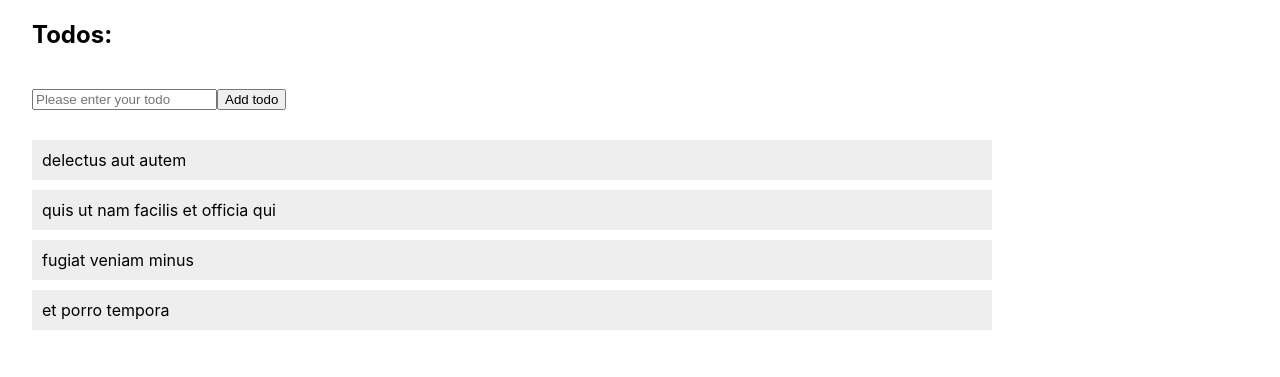
Repository: vhoreho/react
Page: / (app in myapp/)
The author's editor kept a copy of each file at every save. The page is drawn from the files as they stood at one save, then again after the next save.
The browser window is 1280 px wide. The pictures show the whole page.
The project was rebuilt for these pictures with package versions that can differ from the ones it lists, and the page was loaded fresh each time.

Above is the page before, as saved 2022-08-08 21:53:53.

### myapp/src/App.js
import './App.css';
import Todos from './components/Todos';

function App() {
  return (
    <div className="App">
      <Todos />
    </div>
  );
}

export default App;

### myapp/src/App.css
.App {
  max-width: 960px;
  margin-inline: 2rem;
}

### myapp/src/components/Todos.js
import React, { useState } from 'react'
import TodoItem from './TodoItem';
import Input from './Input';

const initialState = [
    {
        "userId": 1,
        "id": 1,
        "title": "delectus aut autem",
        "completed": false
    },
    {
        "userId": 1,
        "id": 2,
        "title": "quis ut nam facilis et officia qui",
        "completed": false
    },
    {
        "userId": 1,
        "id": 3,
        "title": "fugiat veniam minus",
        "completed": false
    },
    {
        "userId": 1,
        "id": 4,
        "title": "et porro tempora",
        "completed": true
    },
]

export default function Todos() {
    const [todos, setTodos] = useState(initialState);

    function addTodo(todo) {
        let copy = [...todos];
        copy.push({
            userId: 1,
            id: Math.floor(Math.random() * 200),
            title: todo,
            completed: false
        });
        setTodos(copy)
    }

    return (
        <div>
            <h2>Todos:</h2>
            <Input addTodo={addTodo} />
            <ul style={{
                listStyle: 'none',
                padding: 0,
                margin: 0
            }}>
                {todos.map(todo => <TodoItem key={todo.id} {...todo} />)}
            </ul>
        </div>
    )
}

### myapp/src/components/TodoItem.js
import React from 'react'

export default function TodoItem(props) {
    const { id, copmpleted, title } = props;
    return (
        <li style={{
            background: '#eee',
            display: 'block',
            margin: '10px 0',
            padding: '10px'
        }}>
            {title}
        </li>
    )
}

### myapp/src/components/Input.js
import React, { useState } from 'react'

export default function Input({ addTodo }) {
  const [value, setValue] = useState('');
  function handleChange(event) {
    setValue(event.target.value)
  }

  function handleAddTodo() {
    addTodo(value)
  }

  return (
    <div>
      <input
        placeholder='Please enter your todo'
        style={{
          margin: '20px 0'
        }}
        value={value}
        onChange={handleChange}
      />
      <button onClick={handleAddTodo}>Add todo</button>
    </div>

  )
}

Loaded but not shown: myapp/public/index.html (common file); myapp/src/index.js (common file); myapp/src/index.css (common file)

After the next save:
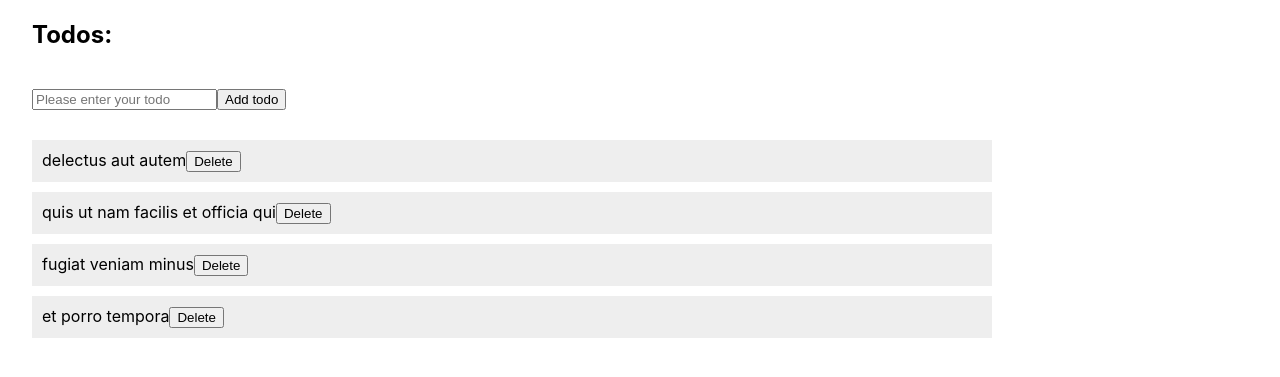
Saved 49 s later.
--- a/myapp/src/components/TodoItem.js
+++ b/myapp/src/components/TodoItem.js
@@ -10,6 +10,7 @@
             padding: '10px'
         }}>
             {title}
+            <button>Delete</button>
         </li>
     )
 }
